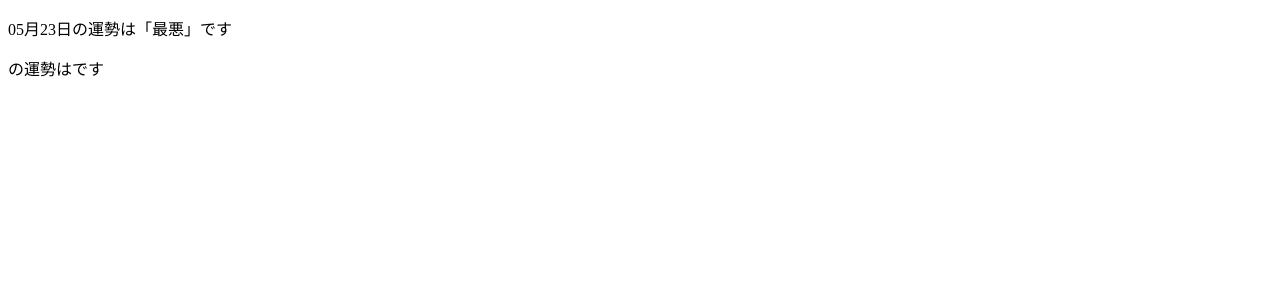
Repository: cshm225/jsplesson
Page: http://localhost/Fortune/sample.jsp
The author's editor kept a copy of each file at every save. The page is drawn from the files as they stood at one save, then again after the next save.
The browser window is 1280 px wide. The pictures show the whole page.
The page is served by Tomcat 9.

Above is the page before, as saved 2022-05-23 04:17:29.

After the next save:
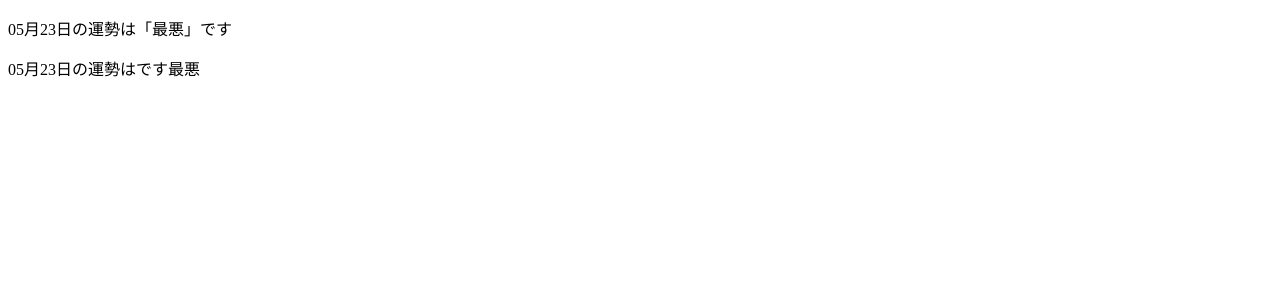
Saved 50 s later.
--- a/Fortune/WebContent/sample.jsp
+++ b/Fortune/WebContent/sample.jsp
@@ -18,7 +18,7 @@
 <body>
 <p><%=today %>の運勢は「<%=luck %>」です</p>
 <p><%
-out.println("の運勢はです");
+out.println(today+"の運勢はです"+luck);
 %></p>
 </body>
 </html>
